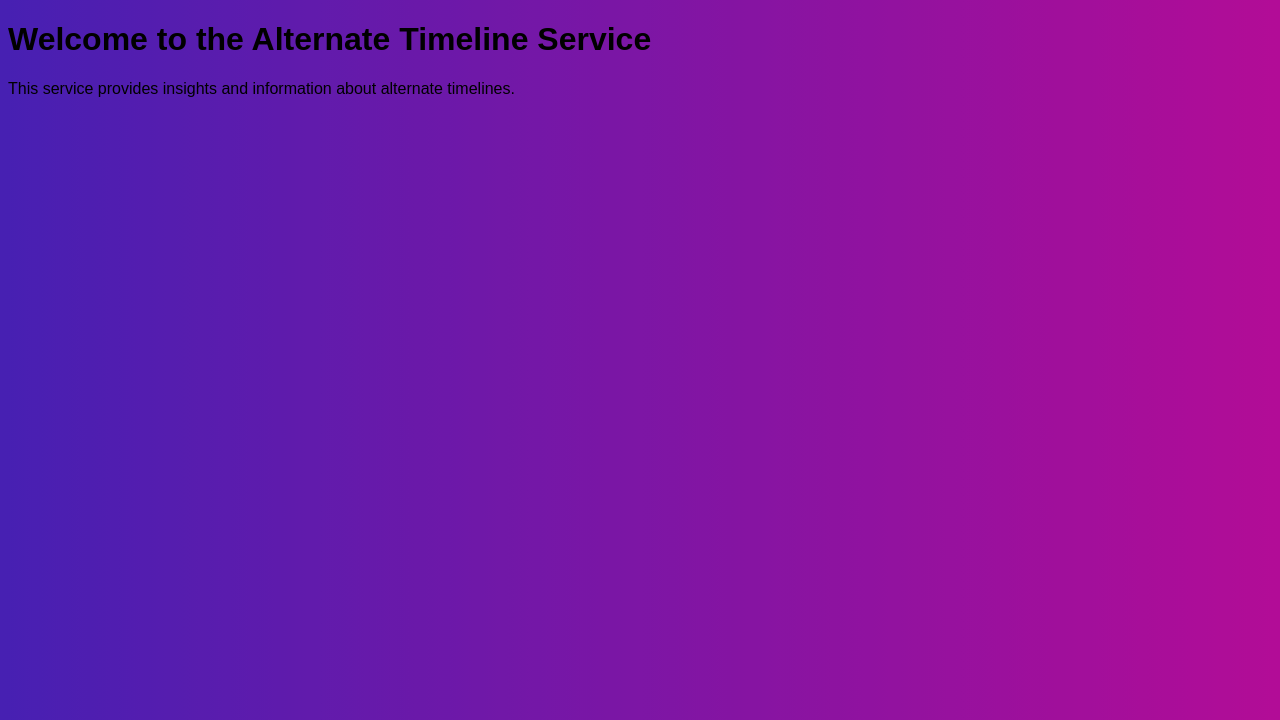
Repository: JovKun/DecisionCraft
Page: service/index.html
These files come from the project's save history. The page is drawn as it stood at one moment and after a run of saves; the edit follows.
The browser window is 1280 px wide. The pictures show the whole page.

Above is the page before, as saved 2026-01-31 12:38:24.

### service/index.html
<!DOCTYPE html>
<html lang="en">
<head>
    <meta charset="UTF-8">
    <meta name="viewport" content="width=device-width, initial-scale=1.0">
    <title>Alternate Timeline</title>
    <link rel="stylesheet" href="style.css">
</head>
<body>
    <h1>Welcome to the Alternate Timeline Service</h1>
    <p>This service provides insights and information about alternate timelines.</p>
</body>
</html>

### service/style.css
/* style.css */
html {
    background: linear-gradient(to right, rgb(101, 45, 255), rgb(255, 17, 215));
    filter: brightness(0.7);
    height: 100%;
    margin: 0;
    font-family: Arial, sans-serif;
}

/* Create a rounded box with shadow that is centered on the page */

After the next 5 saves:
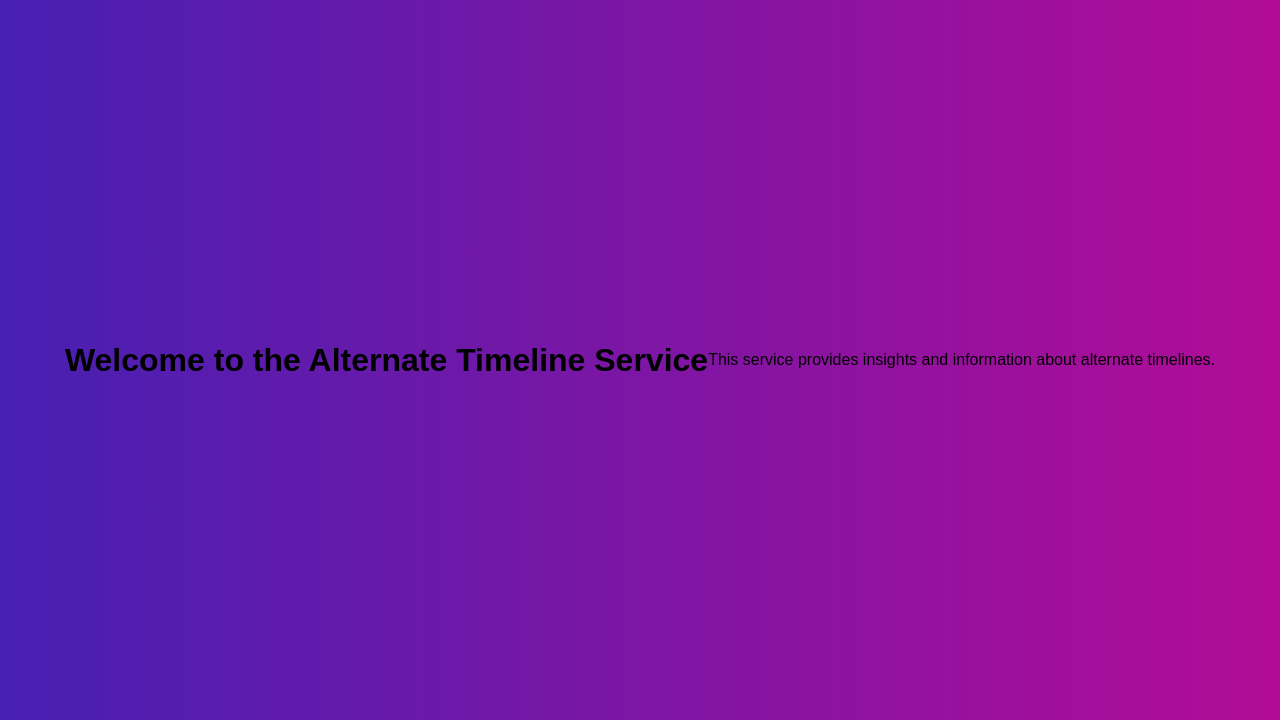
The 5 saves are shown as one change because they came seconds apart.
The last was saved 10 s later.
--- a/service/style.css
+++ b/service/style.css
@@ -7,4 +7,11 @@
     font-family: Arial, sans-serif;
 }
 
-/* Create a rounded box with shadow that is centered on the page */
+/* Create a rounded box with shadow that is centered on the page and centers its content */
+body {
+    display: flex;
+    justify-content: center;
+    align-items: center;
+    height: 100vh;
+    margin: 0;
+}
